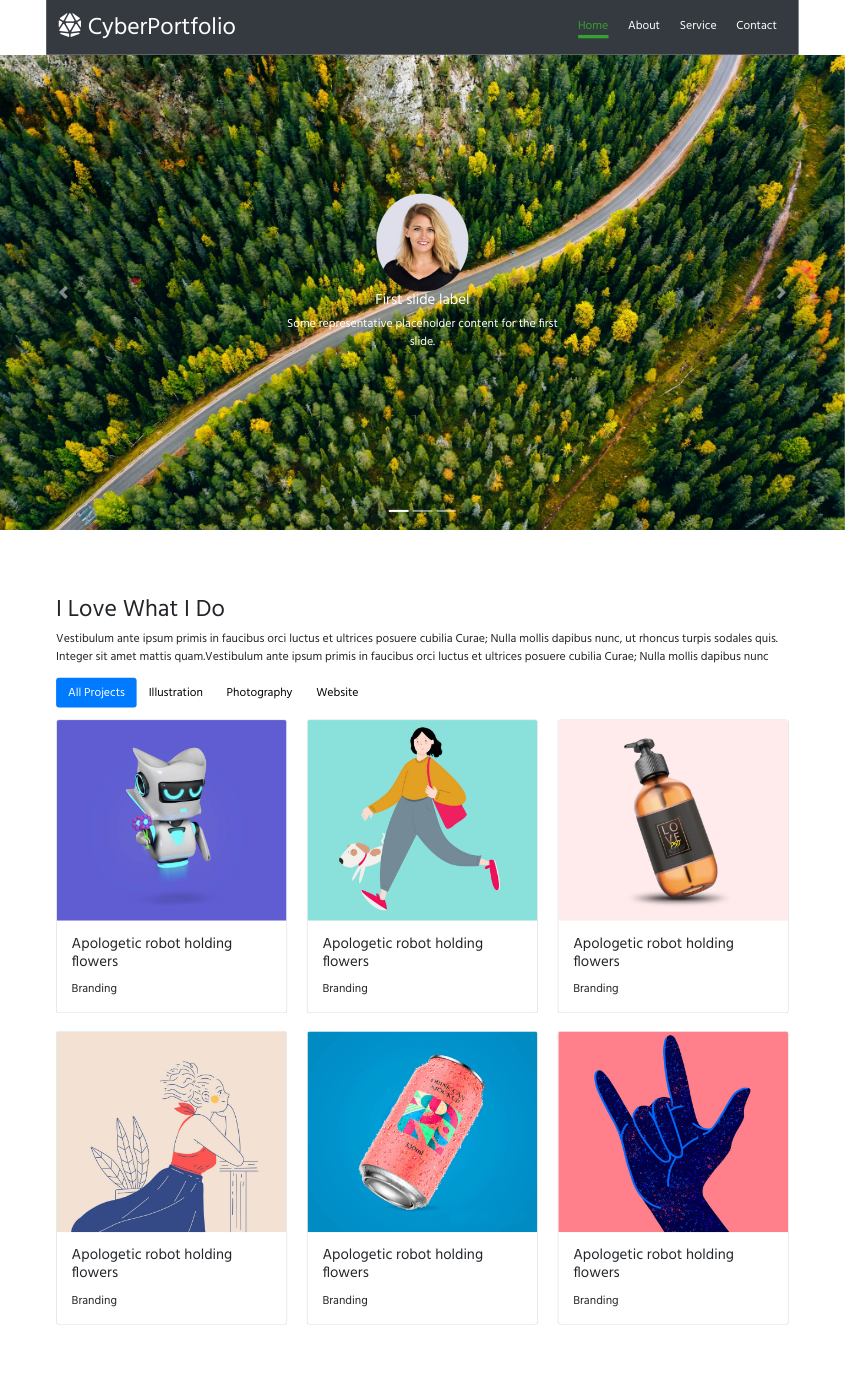
Repository: thanhfrankie/portfolio
Page: index.html
An editor plug-in stored every save of this project. The page is shown before and after a run of saves, followed by the edit.
The browser window is 1280 px wide. The pictures show the whole page, at 66% of full size.

Above is the page before, as saved 2023-11-30 09:46:59.

After the next 2 saves:
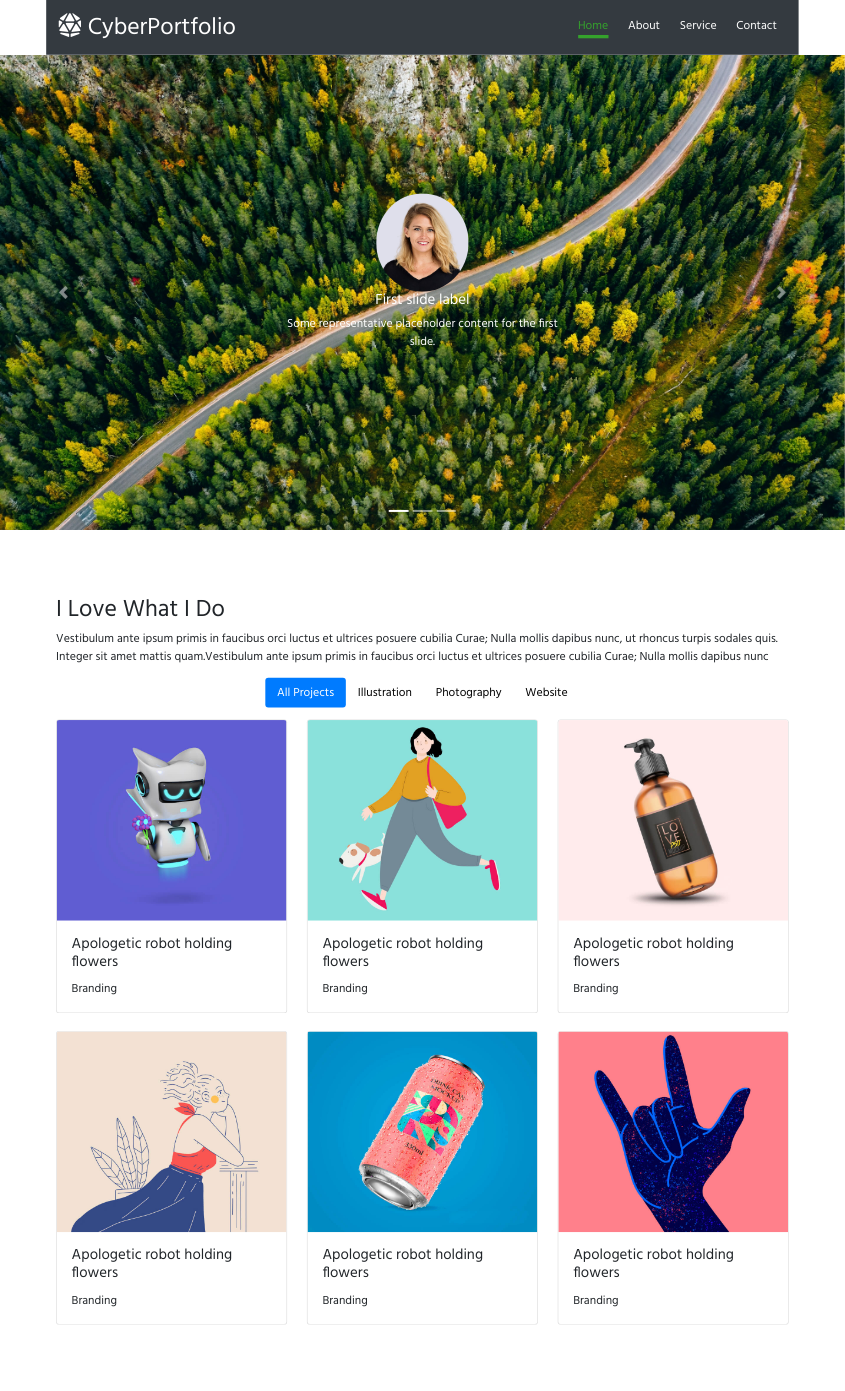
The 2 saves are shown as one change because they came seconds apart.
The last was saved 8 min 7 s later.
--- a/index.html
+++ b/index.html
@@ -106,7 +106,7 @@
           <p>Vestibulum ante ipsum primis in faucibus orci luctus et ultrices posuere cubilia Curae; Nulla mollis dapibus nunc, ut rhoncus turpis sodales quis. Integer sit amet mattis quam.Vestibulum ante ipsum primis in faucibus orci luctus et ultrices posuere cubilia Curae; Nulla mollis dapibus nunc</p>
         </div>
         <div class="projects__content">
-          <ul class="nav nav-pills mb-3" id="pills-tab" role="tablist">
+          <ul class="nav nav-pills mb-3 justify-content-center" id="pills-tab" role="tablist">
             <li class="nav-item" role="presentation">
               <button class="nav-link active" id="pills-home-tab" data-toggle="pill" data-target="#all" type="button" role="tab" aria-controls="pills-home" aria-selected="true">All Projects</button>
             </li>
